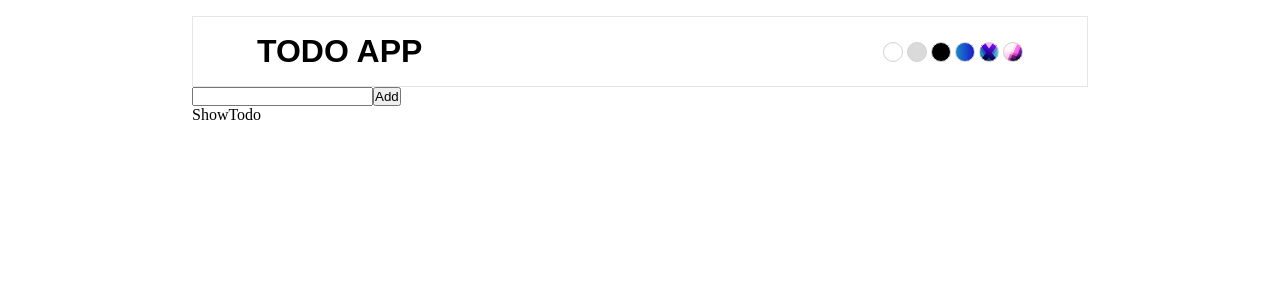
Repository: michalmilek/TodoApp
Page: /
These files come from the project's save history. The page is drawn as it stood at one moment and after a run of saves; the edit follows.
The browser window is 1280 px wide. The pictures show the whole page.
Some web fonts or font styles are not loaded; a fallback is used. The project was rebuilt for these pictures with package versions that can differ from the ones it lists, and the page was loaded fresh each time. Also part of the build but not shown: vite.config.js.

Above is the page before, as saved 2023-02-01 13:27:31.

### src/App.jsx
import { useState } from "react";
import "./App.css";
import AddTodo from "./components/AddTodo";
import Header from "./components/Header";
import ShowTodo from "./components/ShowTodo";

function App() {
  return (
    <div className="App">
      <Header />
      <AddTodo />
      <ShowTodo />
    </div>
  );
}

export default App;

### src/index.css
@import url(https://fonts.googleapis.com/css?family=Poppins:100,100italic,200,200italic,300,300italic,regular,italic,500,500italic,600,600italic,700,700italic,800,800italic,900,900italic);
@import url(https://fonts.googleapis.com/css?family=Texturina:100,200,300,regular,500,600,700,800,900,100italic,200italic,300italic,italic,500italic,600italic,700italic,800italic,900italic);

*{
  box-sizing: border-box;
  margin: 0;
  padding: 0;
}

body{
  display: flex;
  flex-direction: column;
  align-items: center;
  justify-content: center;
}

### src/App.css
header{
  display: flex;
  justify-content: space-between;
  align-items: center;
  width: 70vw;
  margin-top: 1rem;
  padding: 1rem 4rem;
  border: 1px solid rgb(230, 230, 230);
}

  .logo{
    font-family: 'Texturina', sans-serif;
  }

  .themeSelector{
    display: flex;
    gap: 4px;
  }

  .light{
  height: 20px;
  width: 20px;
  background-color: rgb(255, 255, 255);
  border: 1px solid rgb(211, 210, 210);;
  border-radius: 50%;
  display: inline-block;
  }

  .medium{
      height: 20px;
  width: 20px;
  background-color: rgb(218, 218, 218);
  border: 1px solid rgb(211, 210, 210);;
  border-radius: 50%;
  display: inline-block;
  }

  .dark{

      height: 20px;
  width: 20px;
  background-color: rgb(0, 0, 0);
  border: 1px solid rgb(211, 210, 210);
  border-radius: 50%;
  display: inline-block;
  }

  .g1{
    height: 20px;
  width: 20px;
  background: linear-gradient(90deg, #1888c9, #181bc9);;
  border: 1px solid rgb(211, 210, 210);
  border-radius: 50%;
  display: inline-block;
  }

  .g2{
    background: linear-gradient(235deg, #FFFFFF 0%, #000F25 100%), linear-gradient(180deg, #6100FF 0%, #000000 100%), linear-gradient(235deg, #FFA3AC 0%, #FFA3AC 40%, #00043C calc(40% + 1px), #00043C 60%, #005D6C calc(60% + 1px), #005D6C 70%, #00C9B1 calc(70% + 1px), #00C9B1 100%), linear-gradient(125deg, #FFA3AC 0%, #FFA3AC 40%, #00043C calc(40% + 1px), #00043C 60%, #005D6C calc(60% + 1px), #005D6C 70%, #00C9B1 calc(70% + 1px), #00C9B1 100%);
  background-blend-mode: soft-light, screen, darken, normal;
height: 20px;
  width: 20px;
  border: 1px solid rgb(211, 210, 210);
  border-radius: 50%;
  display: inline-block;
}

.g3{
  background: linear-gradient(125deg, #FFFFFF 0%, #000000 100%), linear-gradient(200deg, #FFD9E8 0%, #FFD9E8 50%, #DE95BA calc(50% + 1px), #DE95BA 60%, #7F4A88 calc(60% + 1px), #7F4A88 75%, #4A266A calc(75% + 1px), #4A266A 100%), linear-gradient(113deg, #FFD9E8 0%, #FFD9E8 40%, #DE95BA calc(40% + 1px), #DE95BA 50%, #7F4A88 calc(50% + 1px), #7F4A88 70%, #4A266A calc(70% + 1px), #4A266A 100%);
  background-blend-mode: overlay, overlay, normal;
  height: 20px;
  width: 20px;
  border: 1px solid rgb(211, 210, 210);
  border-radius: 50%;
  display: inline-block;
}

### src/components/AddTodo.jsx
import React from "react";

const AddTodo = () => {
  return (
    <section className="addTodo">
      <form>
        <input
          type="text"
          name="task"
          autoComplete="off"
        />
        <button type="submit">Add</button>
      </form>
    </section>
  );
};

export default AddTodo;

### src/components/Header.jsx
import React from "react";

const Header = () => {
  return (
    <header>
      <div className="logo">
        <h1>TODO APP</h1>
      </div>
      <div className="themeSelector">
        <span className="light"></span>
        <span className="medium"></span>
        <span className="dark"></span>
        <span className="g1"></span>
        <span className="g2"></span>
        <span className="g3"></span>
      </div>
    </header>
  );
};

export default Header;

### src/components/ShowTodo.jsx
import React from "react";

const ShowTodo = () => {
  return <div>ShowTodo</div>;
};

export default ShowTodo;

Loaded but not shown: index.html (common file); src/main.jsx (common file)

After the next 2 saves:
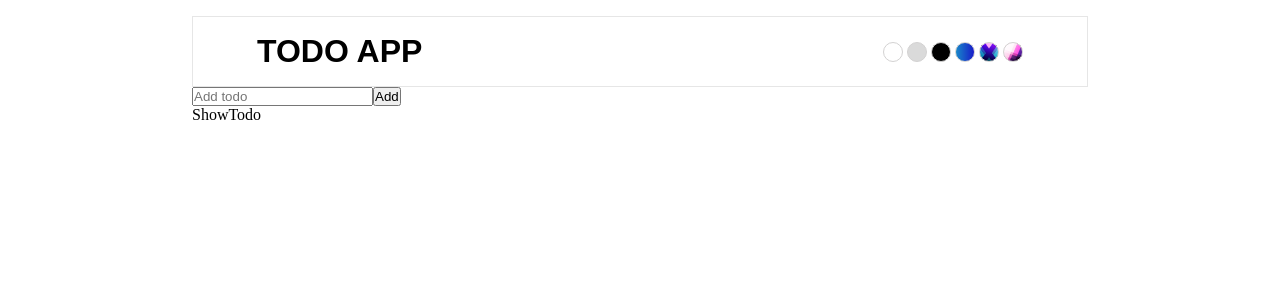
The 2 saves are shown as one change because they came seconds apart.
The last was saved 8 s later.
--- a/src/components/AddTodo.jsx
+++ b/src/components/AddTodo.jsx
@@ -8,6 +8,7 @@ const AddTodo = () => {
           type="text"
           name="task"
           autoComplete="off"
+          placeholder="Add todo"
         />
         <button type="submit">Add</button>
       </form>
